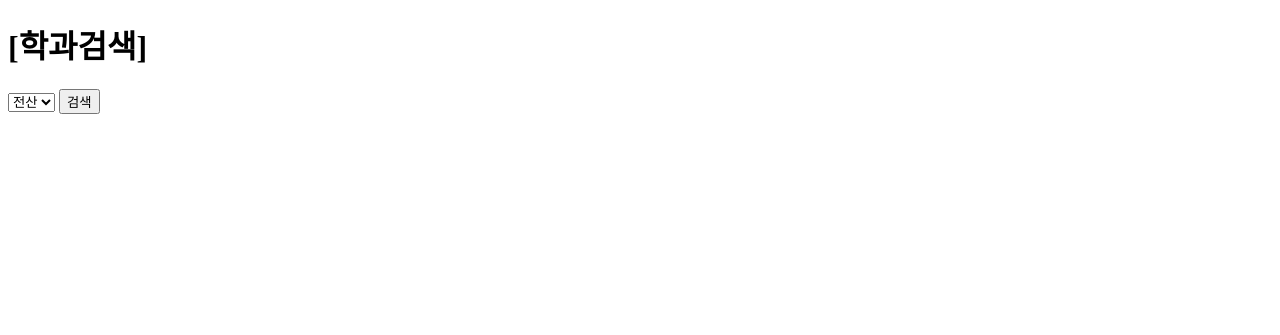
Repository: kmg8138/html
Page: 2020.04.08/ex0507/WebContent/list.html
These files come from the project's save history. The page is drawn as it stood at one moment and after the next save; the edit follows.
The browser window is 1280 px wide. The pictures show the whole page.
Some web libraries are served in a nearby version.

Above is the page before, as saved 2020-05-07 05:55:54.

After the next save:
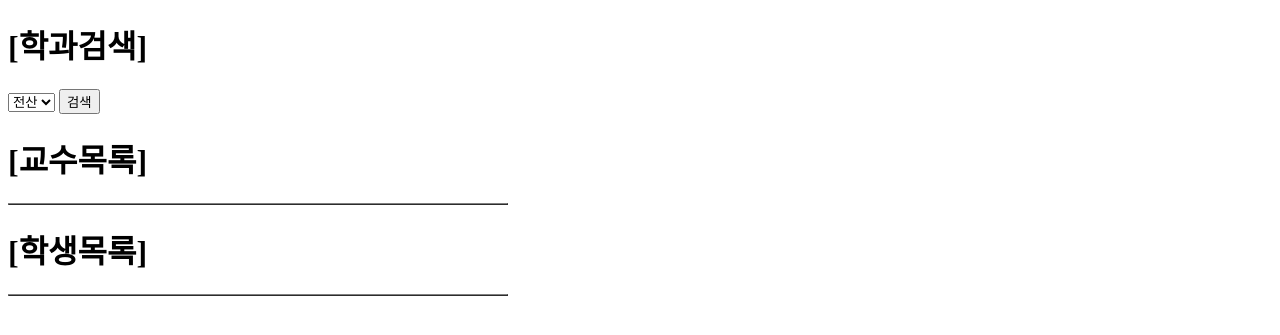
Saved 4 min 27 s later.
--- a/2020.04.08/ex0507/WebContent/list.html
+++ b/2020.04.08/ex0507/WebContent/list.html
@@ -1,6 +1,8 @@
 <!DOCTYPE html>
 <html>
 <head>
+	<script src="http://code.jquery.com/jquery-1.9.1.js"></script>
+	<script src="https://cdnjs.cloudflare.com/ajax/libs/handlebars.js/3.0.1/handlebars.js"></script>
 	<meta charset="UTF-8">
 	<title>학과검색</title>
 </head>
@@ -12,5 +14,31 @@
 		<option>전자</option>
 	</select>
 	<input type="button" value="검색" id="btnSearch">
+	<div>
+		<h1>[교수목록]</h1>
+		<table id="tbl" border=1 width=500></table>
+		<script id="temp" type="text/x-handlebars-template">
+			{{#each pArray}}
+				<tr class=row>
+					<td class=pcode>{{pcode}}</td>
+					<td>{{pname}}</td>
+				</tr>
+			{{/each}}
+		</script>
+	</div>
+	<div>
+		<h1>[학생목록]</h1>
+		<table id="tbl" border=1 width=500></table>
+		<script id="temp" type="text/x-handlebars-template">
+			{{#each sArray}}
+				<tr class=row>
+					<td class=scode>{{scode}}</td>
+					<td>{{sname}}</td>
+					<td>{{dept}}</td>
+					<td>{{birthday}}</td>
+				</tr>
+			{{/each}}
+		</script>
+	</div>
 </body>
 </html>
